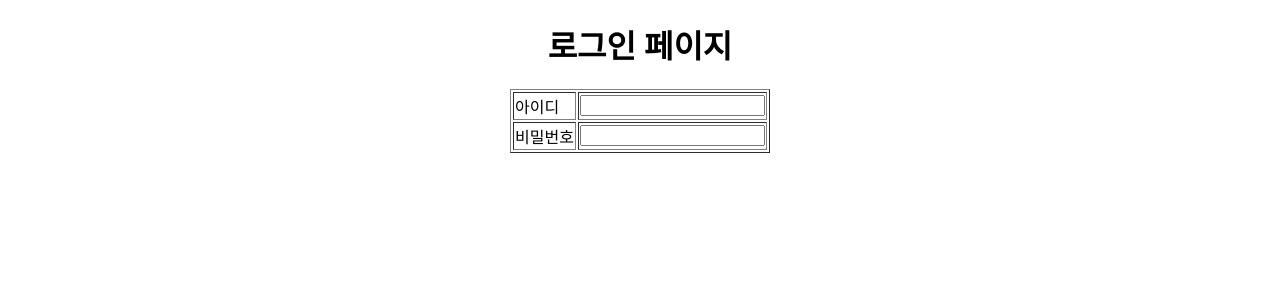
Repository: BEOMJINI/greenJsp
Page: http://localhost/basic/02.22/로그인구현실습/03_21_loginForm.jsp
These files come from the project's save history. The page is drawn as it stood at one moment and after the next save; the edit follows.
The browser window is 1280 px wide. The pictures show the whole page.
The page is served by Tomcat 9.

Above is the page before, as saved 2023-02-22 01:56:41.

After the next save:
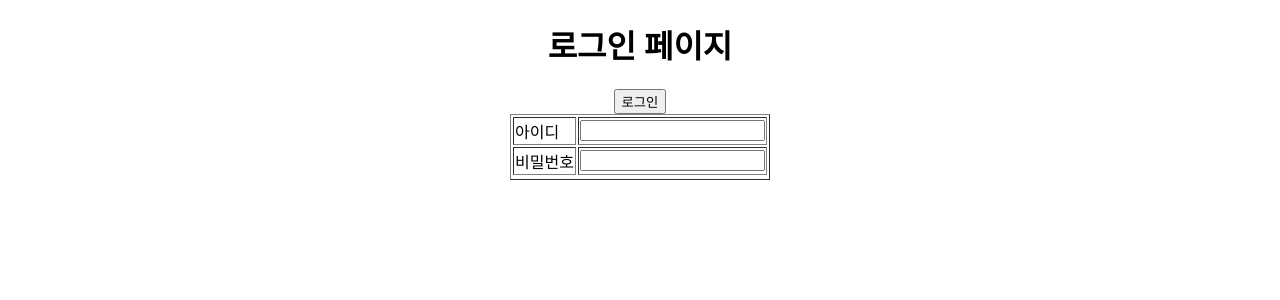
Saved 18 s later.
--- a/jspWorkspace/basic/src/main/webapp/02.22/로그인구현실습/03_21_loginForm.jsp
+++ b/jspWorkspace/basic/src/main/webapp/02.22/로그인구현실습/03_21_loginForm.jsp
@@ -19,6 +19,9 @@
 					<td>비밀번호</td>
 					<td><input type="text" name="pw"></td>
 				</tr>
+				<tr>
+				<button>로그인</button>
+				</tr>
 			</table>
 		</form>
 	</div>
